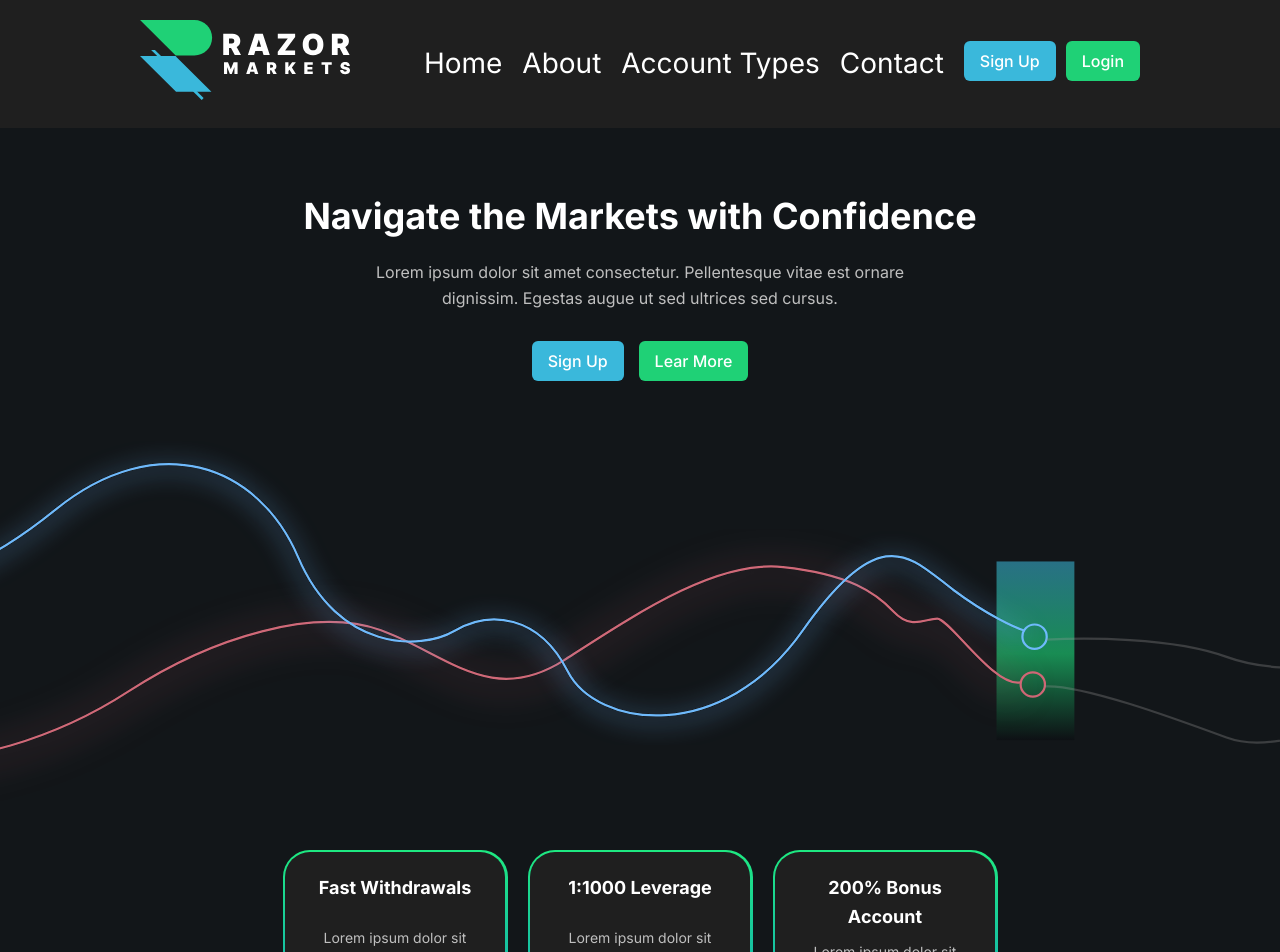
Repository: JasonMorta/razormarkets
Page: index.html
These files come from the project's save history. The page is drawn as it stood at one moment and after the next save; the edit follows.
The browser window is 1280 px wide. The pictures show the part of the page from y = 0 to 952 px (the page is 1650 px tall before and 1675 px after).
A picture or video elsewhere on the page could not be fetched, so the positions and the page height are approximate.

Above is the page before, as saved 2024-11-07 13:30:51.

### index.html
<!DOCTYPE html>
<html lang="en">

<head>
  <meta charset="UTF-8">
  <meta name="viewport" content="width=device-width, initial-scale=1.0">
  <title>Razor Markets</title>
  <link rel="stylesheet" href="https://cdn.jsdelivr.net/npm/bulma@1.0.2/css/bulma.min.css">
  <link rel="stylesheet" href="styles/index.css">
  <script src="https://cdnjs.cloudflare.com/ajax/libs/tilt.js/1.2.1/tilt.jquery.min.js" crossorigin="anonymous"></script>
</head>

<body>
  <header>
    <div class="header-content">
      <div class="logo">
        <img src="./assests/svg/logo.svg" alt="Razor Markets Logo"> <!-- Use your actual logo image here -->
      </div>
      <nav>
        <ul>
          <li><a href="#home">Home</a></li>
          <li><a href="#about">About</a></li>
          <li><a href="#account-types">Account Types</a></li>
          <li><a href="#contact">Contact</a></li>
        </ul>
        <div class="auth-buttons">


          <a href="#signup"> <button class="button is-info signup" class="button">Sign Up</button></a>
          <a href="#login"><button class="button is-success login">Login</button></a>
        </div>
      </nav>
    </div>
  </header>

  <main>
    <section class="hero">
      <h1>Navigate the Markets with Confidence</h1>
      <p>Lorem ipsum dolor sit amet consectetur. Pellentesque vitae est ornare dignissim. Egestas augue ut sed ultrices
        sed cursus.</p>
      <div class="cta-buttons">
        <a href="#signup"> <button class="button is-info signup" class="button">Sign Up</button></a>
          <a href="#login"><button class="button is-success login">Lear More</button></a>
      </div>
    </section>
    <div class="wave-svg">
     <img src="./assests/svg/line_wave.svg" alt="Wave SVG">
    </div>

    <section>
     <div class="features">
      <div class="card-bg">
          <div class="feature-card">
            <h3>Fast Withdrawals</h3>
            <p>Lorem ipsum dolor sit amet consectetur. Pellentesque vitae est ornare dignissim. Egestas augue ut sed
              ultrices sed cursus.</p>
              <a href="#signup"> <button class="button is-info signup" class="button">Sign Up</button></a>
          </div>
          </div>

       <div class="card-bg">
          <div class="feature-card">
            <h3>1:1000 Leverage</h3>
            <p>Lorem ipsum dolor sit amet consectetur. Pellentesque vitae est ornare dignissim. Egestas augue ut sed
              ultrices sed cursus.</p>
              <a href="#signup"> <button class="button is-success signup" class="button">Sign Up</button></a>
          </div>
       </div>
        <div class="card-bg">
          <div class="feature-card">
            <h3>200% Bonus Account</h3>
            <p>Lorem ipsum dolor sit amet consectetur. Pellentesque vitae est ornare dignissim. Egestas augue ut sed
              ultrices sed cursus.</p>
              <a href="#signup"> <button class="button is-success signup" class="button">Sign Up</button></a>
          </div>
        </div>
     </div>
    </section>

    <section>
      <div class="hero-image-container">
        <div class="text-content">
          <h1 class="title is-1">Sharpen Your Trading Edge!</h1>
          <p>
            Lorem ipsum dolor sit amet consectetur. Pellentesque vitae est ornare dignissim. Egestas augue ut sed ultrices sed cursus.
          </p>
          <a href="#login"><button class="button is-success login">Lear More</button></a>
        </div>
        <div class="hover-image">
          <img data-tilt src="./assests/svg/pie-image.svg" alt="">
        </div>

      </div>
    </section>

  </main>
</body>

</html>

### styles/index.css
@import "https://cdn.jsdelivr.net/npm/bulma@1.0.2/css/bulma.min.css";

@import url('https://fonts.googleapis.com/css2?family=Inter:ital,opsz,wght@0,14..32,100..900;1,14..32,100..900&display=swap');

/* Reset some basic styles */
* {
  margin: 0;
  padding: 0;
  box-sizing: border-box;
}
html {
  background-color: #121619;
}

body {

  background-color: #121619; /* Dark background */
  color: #FFFFFF; /* Light text */
  line-height: 1.6;
  margin-bottom: 100px;
}

.header-content {
  max-width: 1000px;
  display: flex;
  justify-content: space-between;
  margin: auto;
  width: 100%;
}

header {
  display: flex;
  justify-content: space-between;
  align-items: center;
  padding: 20px 40px;
  background-color: #1f1f1f; /* Header background */
}

.logo img {
  height: 80px;
}

nav {
  display: flex;
  justify-content: flex-end;
  align-items: center;
  gap: 20px;
}

nav ul {
  display: flex;
  gap: 20px;
  list-style: none;
}



nav a {
  color: #FFFFFF;
  text-decoration: none;
  font-family: "Inter", sans-serif;
  font-weight: 400;
  font-size: 28px;
}

nav li a:hover {
  color: #00d1ff; /* Light blue on hover */
}

section {
  max-width: 1440px;
  margin: auto;
  display: flex;
  flex-direction: column;
  align-items: center;

}

.auth-buttons {
  display: flex;
  gap: 10px;
}

.auth-buttons .btn {
  padding: 10px 20px;
  border-radius: 5px;
  text-decoration: none;
  font-weight: 600;
  font-size: 14px;
  width: 100px;
  height: 40px;
  text-align: center  ;
}

.signup {
  background: #3AB8DB;

  color: #FFFFFF;
}

.login {
  color: #FFFFFF;
  background: #1FD176;
}

.wave-svg img {
  width: 100%;
}

/* Hero Section */
.hero {
  text-align: center;
  padding: 60px 20px;
}

.hero h1 {
  font-size: 36px;
  font-weight: bold;
  margin-bottom: 15px;
}

.hero {
  /* border: 2px solid; */
  /* border-image-source: linear-gradient(180deg, #1EE981 0%, #0E92CA 71.61%); */
  border-image-slice: 1;
}

/*
border: 2px solid;

border-image-source: linear-gradient(180deg, #1EE981 0%, #0E92CA 71.61%);


*/

.hero p {
  font-size: 16px;
  max-width: 600px;
  margin: 0 auto 30px;
  color: #BFBFBF; /* Light gray for text */
}

.cta-buttons {
  display: flex;
  justify-content: center;
  gap: 15px;
}

.cta-buttons .btn {
  padding: 12px 25px;
  border-radius: 8px;
  text-decoration: none;
  font-weight: 600;
  font-size: 16px;
}

.primary {
  background-color: #00d1ff;
  color: #FFFFFF;
}

.secondary {
  background-color: #00FF8C;
  color: #FFFFFF;
}


/* Features Section */
.features {
  display: flex;
  justify-content: center;
  gap: 20px;
  padding: 40px 20px;
  background-color: #121619; /* Matches the dark background */
}

.card-bg {
  width: 225px;
  display: flex;
  border-radius: 27px;
  background: linear-gradient(180deg, #1EE981 0%, #0E92CA 71.61%);
  flex-direction: column;
  align-items: center;
  padding: 2px;
  justify-content: center;

}


.feature-card {
  background: #1f1f1f; /* Dark card background */
  border: 2px solid transparent;
  border-radius: 25px;
  padding: 20px;
  text-align: center;
  width: 220px;
  height: 100%;
  transition: border 0.3s ease;
  display: flex;
  flex-direction: column;
  justify-content: space-between;
}



.feature-card:hover {
  border-color: #00d1ff; /* Highlight color on hover */
}

.feature-card h3 {
  font-size: 18px;
  font-weight: bold;
  color: #FFFFFF;
  margin-bottom: 10px;
}

.feature-card p {
  font-size: 14px;
  color: #BFBFBF; /* Light gray text */
  margin-bottom: 20px;
}

.feature-card .btn {
  display: inline-block;
  padding: 10px 20px;
  border-radius: 6px;
  text-decoration: none;
  font-weight: 600;
  font-size: 14px;
  background-color: #00d1ff; /* Light blue */
  color: #FFFFFF;
  transition: background-color 0.3s ease;
}

.feature-card .btn:hover {
  background-color: #00FF8C; /* Green on hover */
}


.hero-image-container {
  position: relative;
  display: flex;
  justify-content: flex-start;
  align-items: center;
  padding: 40px 20px;
  width: 100%;
  background: linear-gradient(117.19deg, #3AB8DB 30.38%, #1EE981 51.95%);
  width: 755px;
  border-radius: 30px;
  height: 350px;
}

.hero-image-container img {
  width: 60%;
  position: absolute;
  right: -69px;
  top: 50%;
  transform: translateY(-50%);

}

.text-content {
  width: 50%;
}

.text-content h1 {
  color: #FFFFFF;
}
.text-content p {
  margin-bottom:20px ;
}

### assests/svg/logo.svg
<svg width="236" height="90" viewBox="0 0 236 90" fill="none" xmlns="http://www.w3.org/2000/svg">
<path d="M93.5605 39.4151V15.5405H103.867C105.642 15.5405 107.189 15.8643 108.52 16.5058C109.851 17.1534 110.882 18.0767 111.619 19.2938C112.357 20.5049 112.729 21.9618 112.729 23.6526C112.729 25.3434 112.351 26.8063 111.589 27.9755C110.828 29.1446 109.773 30.032 108.406 30.6315C107.039 31.2311 105.45 31.5309 103.633 31.5309H97.4757V26.4945H102.326C103.088 26.4945 103.741 26.3986 104.281 26.2068C104.82 26.0149 105.234 25.7091 105.528 25.2894C105.822 24.8697 105.966 24.3241 105.966 23.6466C105.966 22.9691 105.822 22.4055 105.528 21.9738C105.234 21.5422 104.82 21.2244 104.281 21.0205C103.741 20.8167 103.088 20.7148 102.326 20.7148H100.042V39.4151H93.5605ZM107.548 28.4551L113.52 39.4151H106.481L100.653 28.4551H107.554H107.548Z" fill="white"/>
<path d="M128.239 39.4151H121.242L129.12 15.5405H137.982L145.86 39.4151H138.863L133.641 22.1177H133.455L128.233 39.4151H128.239ZM126.932 29.996H140.08V34.8465H126.932V29.996Z" fill="white"/>
<path d="M154.805 39.4151V35.8237L166.088 20.7627H154.853V15.5405H174.344V19.1319L163.061 34.1929H174.296V39.4151H154.805Z" fill="white"/>
<path d="M206.092 27.4779C206.092 30.1339 205.577 32.3763 204.539 34.199C203.508 36.0216 202.111 37.4006 200.354 38.3359C198.598 39.2713 196.637 39.7389 194.479 39.7389C192.32 39.7389 190.336 39.2653 188.585 38.324C186.834 37.3826 185.443 35.9977 184.412 34.175C183.381 32.3523 182.865 30.1219 182.865 27.4779C182.865 24.8338 183.381 22.5794 184.412 20.7568C185.443 18.9341 186.834 17.5551 188.585 16.6198C190.336 15.6845 192.302 15.2168 194.479 15.2168C196.655 15.2168 198.598 15.6845 200.354 16.6198C202.111 17.5551 203.508 18.9341 204.539 20.7568C205.571 22.5794 206.092 24.8218 206.092 27.4779ZM199.425 27.4779C199.425 26.0509 199.239 24.8398 198.862 23.8565C198.484 22.8732 197.932 22.1298 197.195 21.6201C196.463 21.1105 195.558 20.8587 194.485 20.8587C193.412 20.8587 192.506 21.1105 191.775 21.6201C191.043 22.1298 190.486 22.8732 190.108 23.8565C189.73 24.8398 189.544 26.0449 189.544 27.4779C189.544 28.9108 189.73 30.1159 190.108 31.0992C190.486 32.0825 191.043 32.826 191.775 33.3356C192.506 33.8452 193.412 34.097 194.485 34.097C195.558 34.097 196.457 33.8452 197.195 33.3356C197.932 32.826 198.484 32.0825 198.862 31.0992C199.239 30.1159 199.425 28.9108 199.425 27.4779Z" fill="white"/>
<path d="M215.639 39.4151V15.5405H225.945C227.72 15.5405 229.267 15.8643 230.598 16.5058C231.929 17.1534 232.96 18.0767 233.698 19.2938C234.435 20.5049 234.807 21.9618 234.807 23.6526C234.807 25.3434 234.429 26.8063 233.668 27.9755C232.906 29.1446 231.851 30.032 230.484 30.6315C229.123 31.2311 227.528 31.5309 225.711 31.5309H219.554V26.4945H224.404C225.166 26.4945 225.819 26.3986 226.359 26.2068C226.898 26.0149 227.312 25.7091 227.606 25.2894C227.9 24.8697 228.044 24.3241 228.044 23.6466C228.044 22.9691 227.9 22.4055 227.606 21.9738C227.312 21.5422 226.898 21.2244 226.359 21.0205C225.819 20.8167 225.166 20.7148 224.404 20.7148H222.12V39.4151H215.639ZM229.626 28.4551L235.598 39.4151H228.559L222.731 28.4551H229.632H229.626Z" fill="white"/>
<path d="M94.4121 47.5693H98.8789L101.955 55.0579H102.11L105.186 47.5693H109.653V60.7957H106.14V53.1513H106.038L103.094 60.6938H100.977L98.0335 53.0973H97.9315V60.7957H94.4181V47.5693H94.4121Z" fill="white"/>
<path d="M123.209 60.7957H119.336L123.701 47.5693H128.611L132.976 60.7957H129.103L126.207 51.2147H126.105L123.209 60.7957ZM122.49 55.5795H129.774V58.2655H122.49V55.5795Z" fill="white"/>
<path d="M142.658 60.7957V47.5693H148.366C149.349 47.5693 150.207 47.7492 150.944 48.103C151.682 48.4627 152.251 48.9723 152.665 49.6438C153.073 50.3153 153.276 51.1188 153.276 52.0601C153.276 53.0014 153.067 53.8048 152.647 54.4583C152.227 55.1058 151.64 55.5975 150.884 55.9332C150.129 56.263 149.247 56.4309 148.24 56.4309H144.829V53.6429H147.515C147.934 53.6429 148.294 53.589 148.594 53.487C148.894 53.3791 149.121 53.2112 149.283 52.9774C149.445 52.7436 149.523 52.4438 149.523 52.0661C149.523 51.6883 149.445 51.3766 149.283 51.1427C149.121 50.9029 148.894 50.729 148.594 50.6151C148.294 50.5012 147.934 50.4412 147.515 50.4412H146.25V60.8017H142.658V60.7957ZM150.405 54.7281L153.708 60.7957H149.805L146.579 54.7281H150.405Z" fill="white"/>
<path d="M163.217 60.7957V47.5693H166.808V52.9174H166.988L170.963 47.5693H175.148L170.681 53.457L175.25 60.7897H170.963L167.995 55.8313L166.808 57.3782V60.7897H163.217V60.7957Z" fill="white"/>
<path d="M184.627 60.7957V47.5693H194.16V50.4652H188.218V52.7376H193.668V55.6335H188.218V57.9058H194.136V60.8017H184.633L184.627 60.7957Z" fill="white"/>
<path d="M204 50.4652V47.5693H215.494V50.4652H211.519V60.7957H207.981V50.4652H204.006H204Z" fill="white"/>
<path d="M232.383 51.7064C232.347 51.2747 232.191 50.9389 231.903 50.6991C231.615 50.4593 231.183 50.3394 230.602 50.3394C230.23 50.3394 229.93 50.3813 229.696 50.4713C229.463 50.5612 229.289 50.6811 229.175 50.831C229.061 50.9809 229.007 51.1548 229.001 51.3466C228.995 51.5085 229.019 51.6464 229.091 51.7783C229.163 51.9102 229.265 52.0182 229.409 52.1201C229.553 52.222 229.744 52.3119 229.972 52.3959C230.2 52.4798 230.47 52.5518 230.788 52.6177L231.873 52.8515C232.604 53.0074 233.234 53.2113 233.75 53.4631C234.271 53.7149 234.697 54.0147 235.027 54.3565C235.356 54.6982 235.602 55.0819 235.758 55.5076C235.914 55.9333 235.998 56.401 235.998 56.9046C235.998 57.774 235.776 58.5114 235.344 59.111C234.913 59.7105 234.301 60.1722 233.504 60.484C232.706 60.7958 231.747 60.9576 230.626 60.9576C229.505 60.9576 228.473 60.7898 227.622 60.448C226.765 60.1063 226.105 59.5846 225.631 58.8772C225.158 58.1697 224.924 57.2643 224.918 56.1551H228.329C228.353 56.5628 228.455 56.8986 228.635 57.1744C228.815 57.4502 229.073 57.66 229.403 57.7979C229.732 57.9418 230.122 58.0138 230.578 58.0138C230.962 58.0138 231.279 57.9658 231.543 57.8699C231.801 57.774 231.999 57.6421 232.131 57.4742C232.263 57.3063 232.335 57.1144 232.335 56.8986C232.335 56.6947 232.263 56.5209 232.137 56.365C232.011 56.2091 231.801 56.0772 231.513 55.9513C231.225 55.8314 230.836 55.7115 230.344 55.6035L229.025 55.3217C227.856 55.0699 226.932 54.6442 226.261 54.0447C225.589 53.4451 225.254 52.6357 225.26 51.5985C225.26 50.7591 225.482 50.0216 225.931 49.3921C226.381 48.7625 227.016 48.2709 227.826 47.9171C228.635 47.5634 229.559 47.3895 230.608 47.3895C231.657 47.3895 232.598 47.5694 233.378 47.9231C234.157 48.2829 234.757 48.7805 235.182 49.428C235.608 50.0756 235.818 50.831 235.824 51.7004H232.389L232.383 51.7064Z" fill="white"/>
<path d="M69.772 87.866L69.3523 88.2917L36.1425 55.4176L35.8727 55.1478L35.5369 54.8181L35.2731 54.5543L16.0392 35.5181L15.4336 34.9186H16.285L16.8905 35.5181L35.2731 53.7149L35.8727 54.3084L36.3883 54.8181L36.9939 55.4176L69.772 87.866Z" fill="#3AB9DC"/>
<path d="M69.3641 89.9885L12.5195 33.7195H16.7764L71.4686 87.854L69.3641 89.9885Z" fill="#3AB9DC"/>
<path d="M80.2575 80.6893H40.5185L0 40.5845V40.4706H19.9355H39.8709L40.5724 41.1721L41.172 41.7656L80.2575 80.6893Z" fill="#3AB8DB"/>
<path d="M81.0431 19.9355C81.0431 30.9315 72.0976 39.8709 61.1077 39.8709H40.117L0.078125 0H61.1077C72.0976 0 81.0431 8.94548 81.0431 19.9355Z" fill="#1FD176"/>
</svg>

### assests/svg/line_wave.svg
<svg width="1440" height="406" viewBox="0 0 1440 406" fill="none" xmlns="http://www.w3.org/2000/svg">
<rect opacity="0.56" x="1121.12" y="135.471" width="87.5769" height="201.029" fill="url(#paint0_linear_168_234)"/>
<circle cx="1163.91" cy="220.063" r="13.6779" stroke="#6FBAFC" stroke-width="2.5"/>
<circle cx="1161.92" cy="273.803" r="13.6779" stroke="#D06776" stroke-width="2.5"/>
<path d="M1177.01 223.5C1218.14 221.178 1319.36 220.532 1379.87 242.824C1440.37 265.117 1523.17 252.113 1557.01 242.824" stroke="#9C9C9C" stroke-opacity="0.3" stroke-width="2.5"/>
<path d="M1175.51 276C1216.64 273.678 1319.36 311.222 1379.87 333.514C1440.37 355.807 1523.17 305.853 1557.01 296.565" stroke="#9C9C9C" stroke-opacity="0.3" stroke-width="2.5"/>
<g filter="url(#filter0_d_168_234)">
<path d="M-50.9902 356C-47.0494 356 47.5295 344.723 144.079 281.894C240.628 219.064 354.911 186.844 427.816 212.62C500.72 238.396 551.951 299.615 634.707 246.451C717.464 193.288 806.131 133.681 881.006 141.736C955.881 149.791 985.437 170.734 1005.14 191.677C1024.85 212.62 1040.61 199.732 1054.4 199.732C1068.19 199.732 1117.95 276.333 1147.51 271.5" stroke="#D06978" stroke-width="2.5"/>
</g>
<g filter="url(#filter1_d_168_234)">
<path d="M-97 151.313C-81.2901 156.829 -27.33 149.658 62.8311 76.8383C175.533 -14.1858 290.283 25.1201 335.364 130.625C380.444 236.131 472.655 236.131 511.588 213.375C550.521 190.619 605.847 194.756 638.633 258.887C671.419 323.017 812.808 341.636 902.969 213.375C993.13 85.1134 1025.92 132.694 1073.05 167.863C1110.75 195.997 1142.03 209.927 1152.96 213.375" stroke="#6FBAFC" stroke-width="2.5"/>
</g>
<defs>
<filter id="filter0_d_168_234" x="-94.9902" y="99.75" width="1286.7" height="305.5" filterUnits="userSpaceOnUse" color-interpolation-filters="sRGB">
<feFlood flood-opacity="0" result="BackgroundImageFix"/>
<feColorMatrix in="SourceAlpha" type="matrix" values="0 0 0 0 0 0 0 0 0 0 0 0 0 0 0 0 0 0 127 0" result="hardAlpha"/>
<feOffset dy="4"/>
<feGaussianBlur stdDeviation="22"/>
<feComposite in2="hardAlpha" operator="out"/>
<feColorMatrix type="matrix" values="0 0 0 0 0.815686 0 0 0 0 0.403922 0 0 0 0 0.462745 0 0 0 1 0"/>
<feBlend mode="normal" in2="BackgroundImageFix" result="effect1_dropShadow_168_234"/>
<feBlend mode="normal" in="SourceGraphic" in2="effect1_dropShadow_168_234" result="shape"/>
</filter>
<filter id="filter1_d_168_234" x="-125.414" y="0.74939" width="1306.75" height="341.135" filterUnits="userSpaceOnUse" color-interpolation-filters="sRGB">
<feFlood flood-opacity="0" result="BackgroundImageFix"/>
<feColorMatrix in="SourceAlpha" type="matrix" values="0 0 0 0 0 0 0 0 0 0 0 0 0 0 0 0 0 0 127 0" result="hardAlpha"/>
<feOffset dy="4"/>
<feGaussianBlur stdDeviation="14"/>
<feComposite in2="hardAlpha" operator="out"/>
<feColorMatrix type="matrix" values="0 0 0 0 0.435294 0 0 0 0 0.729412 0 0 0 0 0.988235 0 0 0 1 0"/>
<feBlend mode="normal" in2="BackgroundImageFix" result="effect1_dropShadow_168_234"/>
<feBlend mode="normal" in="SourceGraphic" in2="effect1_dropShadow_168_234" result="shape"/>
</filter>
<linearGradient id="paint0_linear_168_234" x1="1164.9" y1="135.471" x2="1164.9" y2="336.5" gradientUnits="userSpaceOnUse">
<stop stop-color="#3AB8DB"/>
<stop offset="0.516" stop-color="#1EE981"/>
<stop offset="1" stop-color="#0A0C10"/>
</linearGradient>
</defs>
</svg>

After the next save:
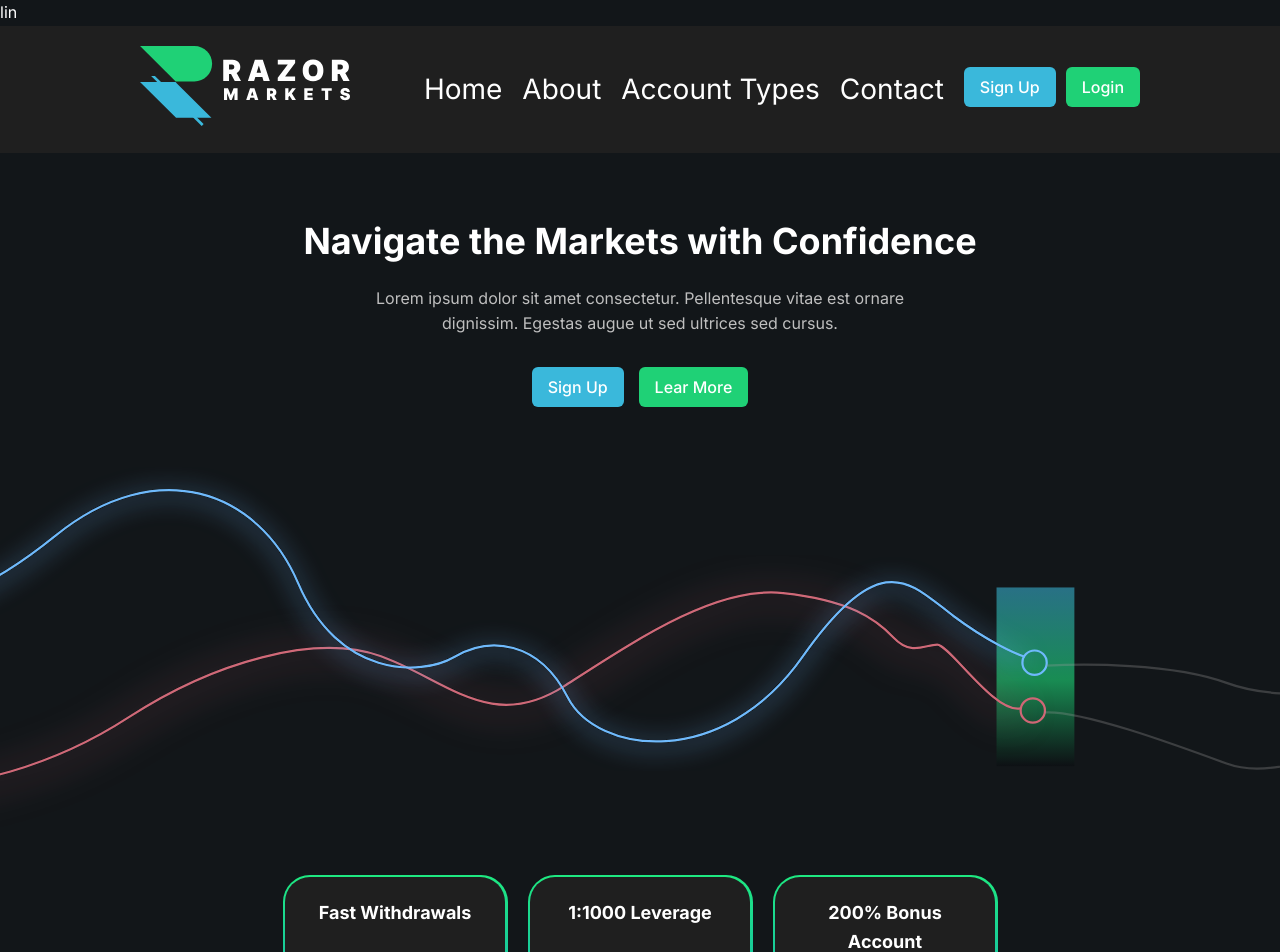
Saved 11 s later.
--- a/index.html
+++ b/index.html
@@ -7,6 +7,7 @@
   <title>Razor Markets</title>
   <link rel="stylesheet" href="https://cdn.jsdelivr.net/npm/bulma@1.0.2/css/bulma.min.css">
   <link rel="stylesheet" href="styles/index.css">
+  lin
   <script src="https://cdnjs.cloudflare.com/ajax/libs/tilt.js/1.2.1/tilt.jquery.min.js" crossorigin="anonymous"></script>
 </head>
 

After the save that followed:
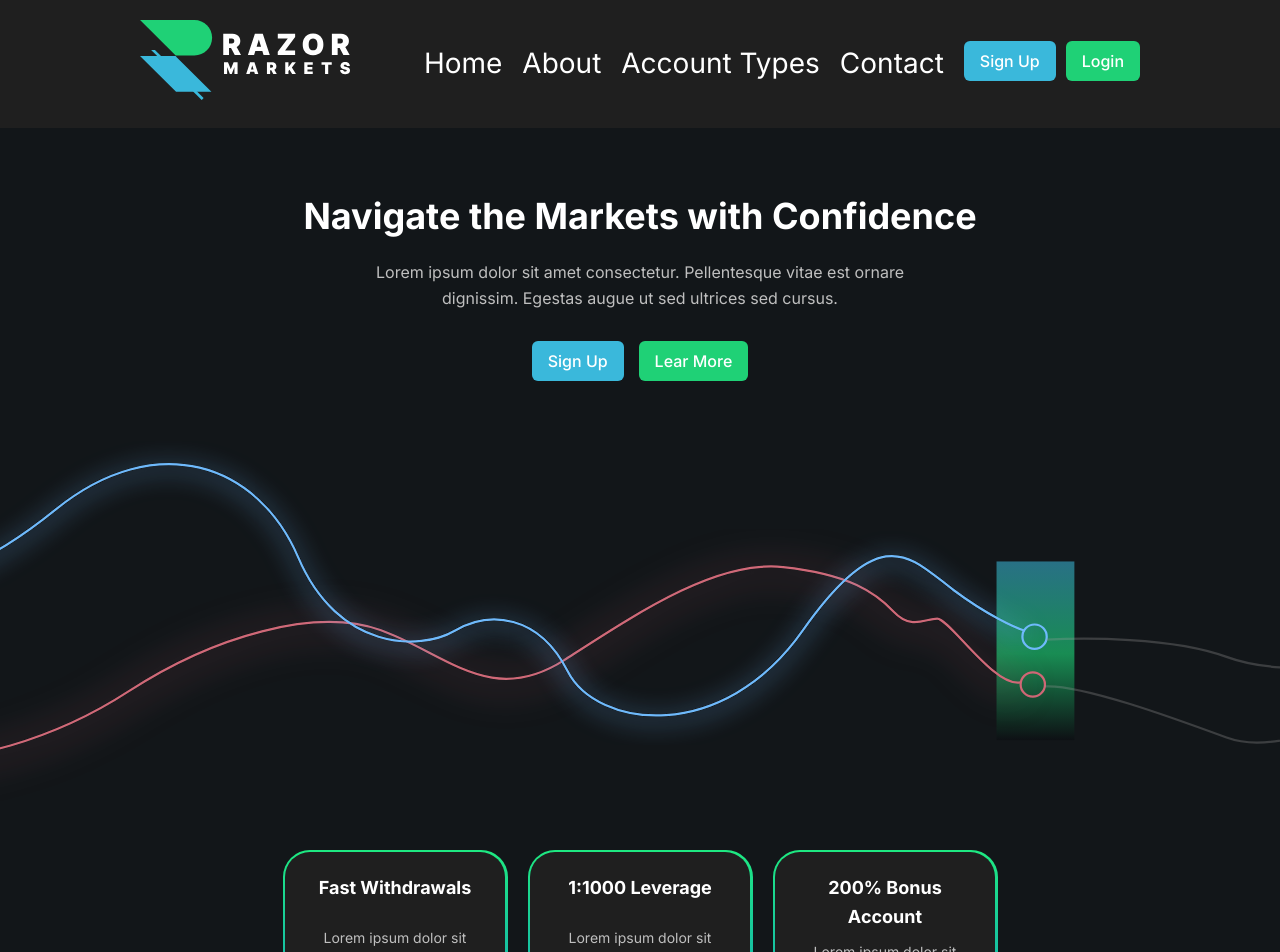
Saved 68 s later.
--- a/index.html
+++ b/index.html
@@ -7,7 +7,7 @@
   <title>Razor Markets</title>
   <link rel="stylesheet" href="https://cdn.jsdelivr.net/npm/bulma@1.0.2/css/bulma.min.css">
   <link rel="stylesheet" href="styles/index.css">
-  lin
+
   <script src="https://cdnjs.cloudflare.com/ajax/libs/tilt.js/1.2.1/tilt.jquery.min.js" crossorigin="anonymous"></script>
 </head>
 
